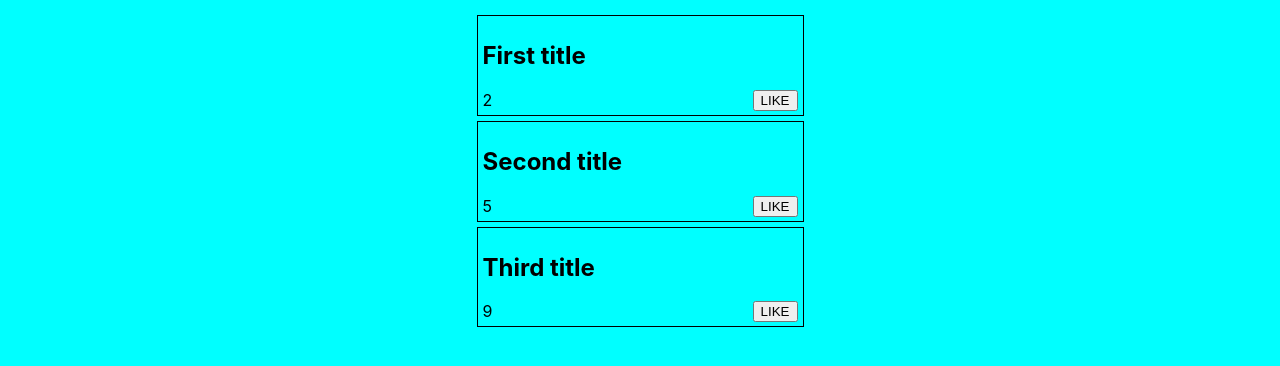
Repository: asapvtec98/egzamin
Page: /
These files come from the project's save history. The page is drawn as it stood at one moment and after a run of saves; the edit follows.
The browser window is 1280 px wide. The pictures show the whole page.
The project was rebuilt for these pictures with package versions that can differ from the ones it lists, and the page was loaded fresh each time.

Above is the page before, as saved 2023-11-14 12:47:29.

After the next 3 saves:
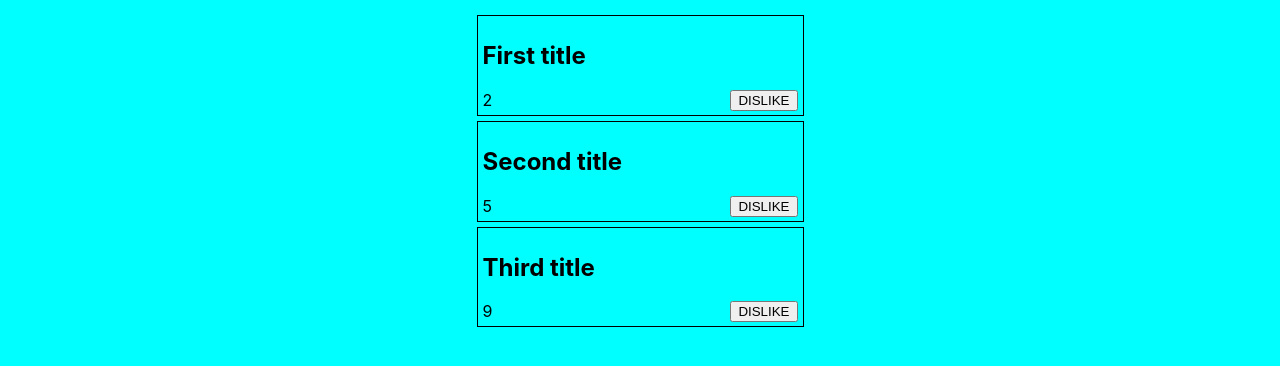
The 3 saves are shown as one change because 2 did not build or start.
The last was saved 3 min 24 s later.
--- a/src/components/Comment.js
+++ b/src/components/Comment.js
@@ -4,7 +4,6 @@
 function Komentarz(props) {
     const [likes, setLike] = useState(false);
     const [count, setCount] = useState(parseInt(props.likes));
-    const [show, setShow] = useState(true);
 
     const handleLikes = () => {
         if(!likes) {
@@ -24,9 +23,8 @@
             <div>
                     <p className="inline" >{count}</p>
                     <button type="button" onClick={() => {
-                        setShow(!show)
                         handleLikes();
-                    }}>{show === true ? 'LIKE' : 'DISLIKE'}</button>
+                    }}>{likes === true ? 'LIKE' : 'DISLIKE'}</button>
             </div>
         </div>
     )

After the 5 saves that followed:
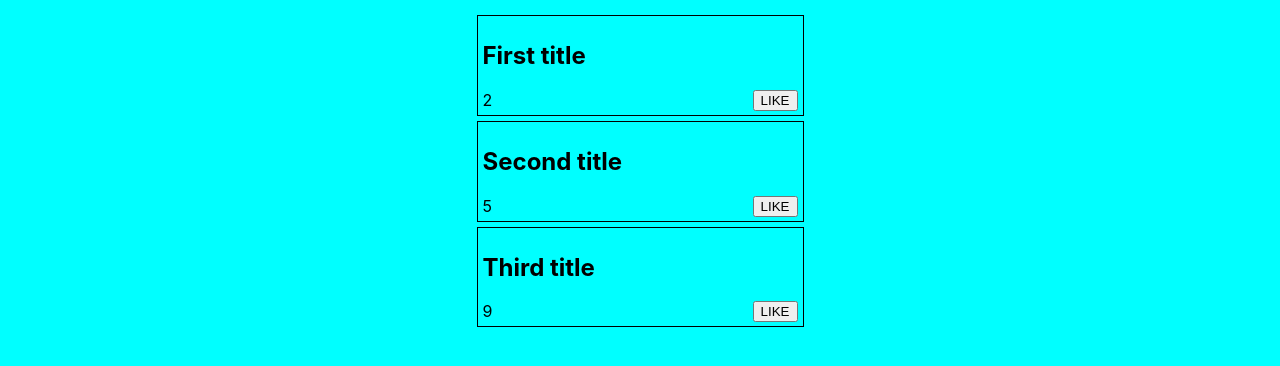
The 5 saves are shown as one change because 1 did not build or start and 3 left the picture as it was.
The last was saved 106 s later.
--- a/src/components/Comment.js
+++ b/src/components/Comment.js
@@ -4,6 +4,7 @@
 function Komentarz(props) {
     const [likes, setLike] = useState(false);
     const [count, setCount] = useState(parseInt(props.likes));
+    const [show, setShow] = useState(true);
 
     const handleLikes = () => {
         if(!likes) {
@@ -23,8 +24,9 @@
             <div>
                     <p className="inline" >{count}</p>
                     <button type="button" onClick={() => {
+                        setShow(!show)
                         handleLikes();
-                    }}>{likes === true ? 'LIKE' : 'DISLIKE'}</button>
+                    }}>{show === true ? 'LIKE' : 'DISLIKE'}</button>
             </div>
         </div>
     )
